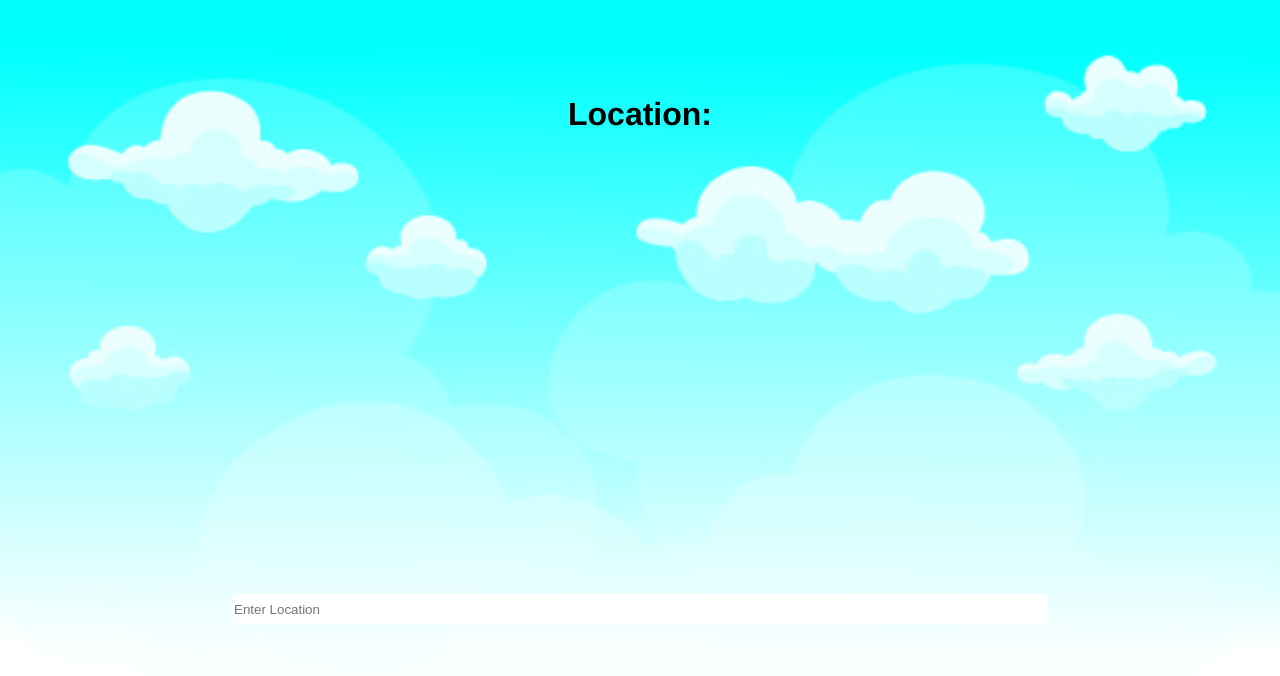
Repository: shaelorch/weather
Page: /
An editor plug-in stored every save of this project. The page is shown before and after the next save, followed by the edit.
The browser window is 1280 px wide. The pictures show the whole page.
The project was rebuilt for these pictures with package versions that can differ from the ones it lists, and the page was loaded fresh each time. The framework's server and built-in components were replaced by stand-ins that run in the browser. Also part of the build but not shown: next.config.js.

Above is the page before, as saved 2023-01-17 13:27:57.

After the next save:
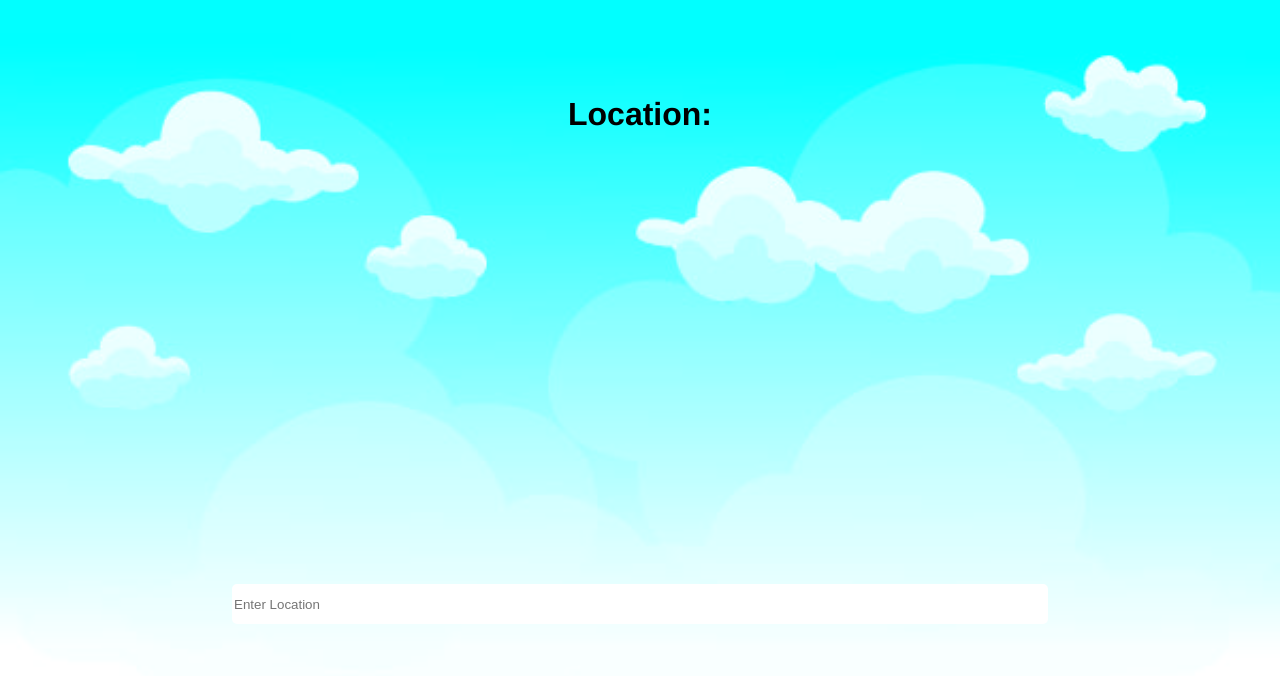
Saved 12 s later.
--- a/styles/Home.module.css
+++ b/styles/Home.module.css
@@ -19,7 +19,7 @@
 .input {
   border-radius:5px;
   background-color: white;
-  height:30px;
+  height:40px;
   width:75%;
   color:black;
   border: 2px solid white;
